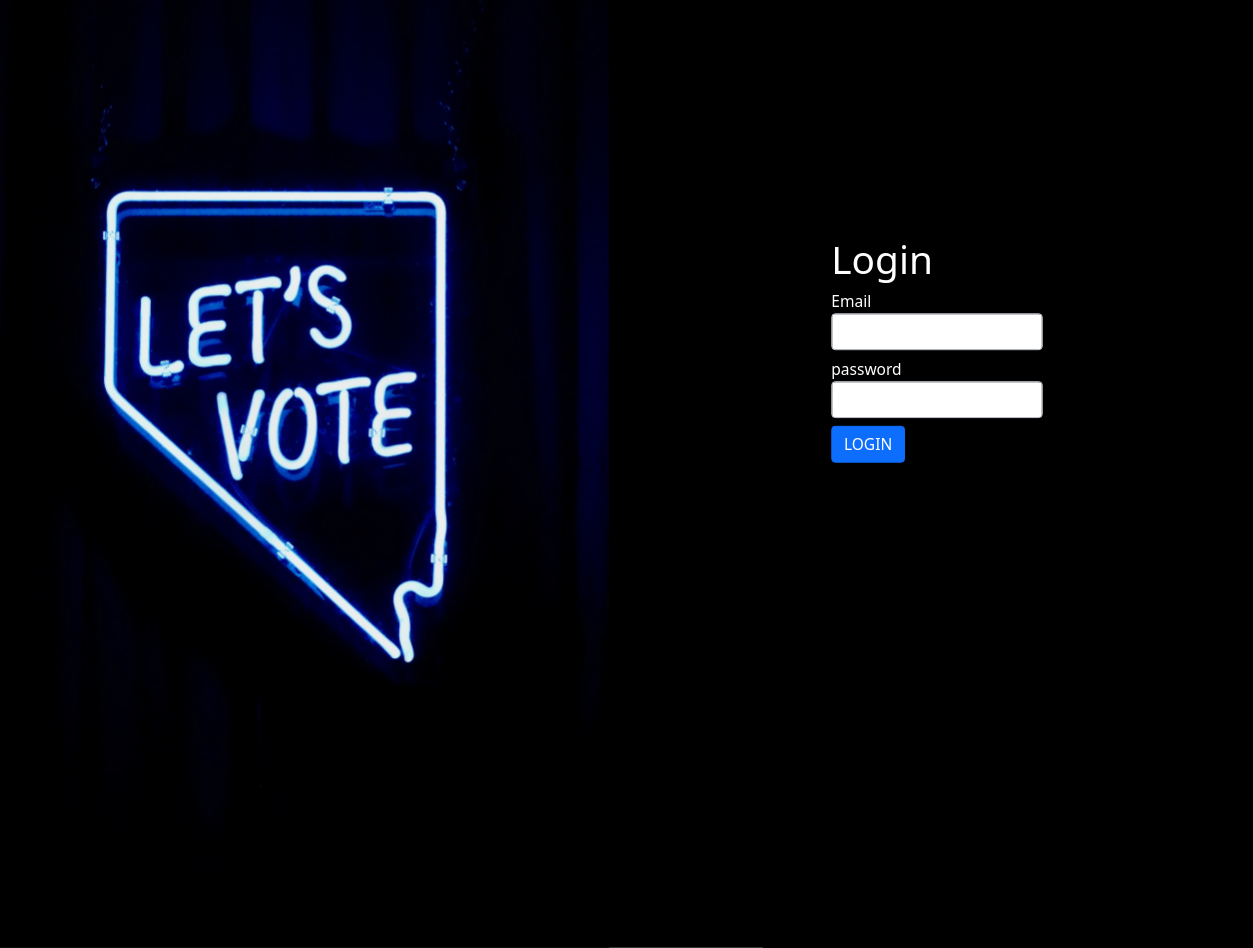
Repository: DavidManiIbrahim/Voting-app
Page: Login.html
These files come from the project's save history. The page is drawn as it stood at one moment and after the next save; the edit follows.
The browser window is 1280 px wide. The page is 1292 px wide, so the pictures cover 1292 px, including what lies to the right of the window. The pictures show the whole page, at 97% of full size.

Above is the page before, as saved 2025-01-18 07:08:14.

### Login.html
<!DOCTYPE html>
<html lang="en">
<head>
    <meta charset="UTF-8">
    <meta name="viewport" content="width=device-width, initial-scale=1.0">
    <title>Login Page</title>
    <link rel="stylesheet" href="./bootstrap.css">
</head>
<body>

<style>
    form{
        position: relative;
        top: 20%;
    }
    .hero{
        background: #000;
    }
</style>

<div class="row hero">
    <div class="col-md  container-fluid">
        <img src="./unsplash_LA1VawaCjjI.svg" alt="login image" class=" img-fluid" width="100%">
    </div>
    <div class="col-md text-white align-items-center">
        <form action="" class="w-50 p-5 m-auto ">
            <h1>Login</h1>
            <label for="email" class="form-label">Email  <br>
                <input class="form-control" type="text">
            </label> <br>
            <label class="form-label"" for="password">password  <br>
                <input class="form-control" type="password" class="form-text">
            </label> <br>
            <span></span>
            <button class="btn btn-primary">LOGIN</button>
        </form>
    </div>
</div>








<script src="./bootstrap.min.js"></script>
</body>
</html>

Loaded but not shown: bootstrap.css (library); bootstrap.min.js (library)

After the next save:
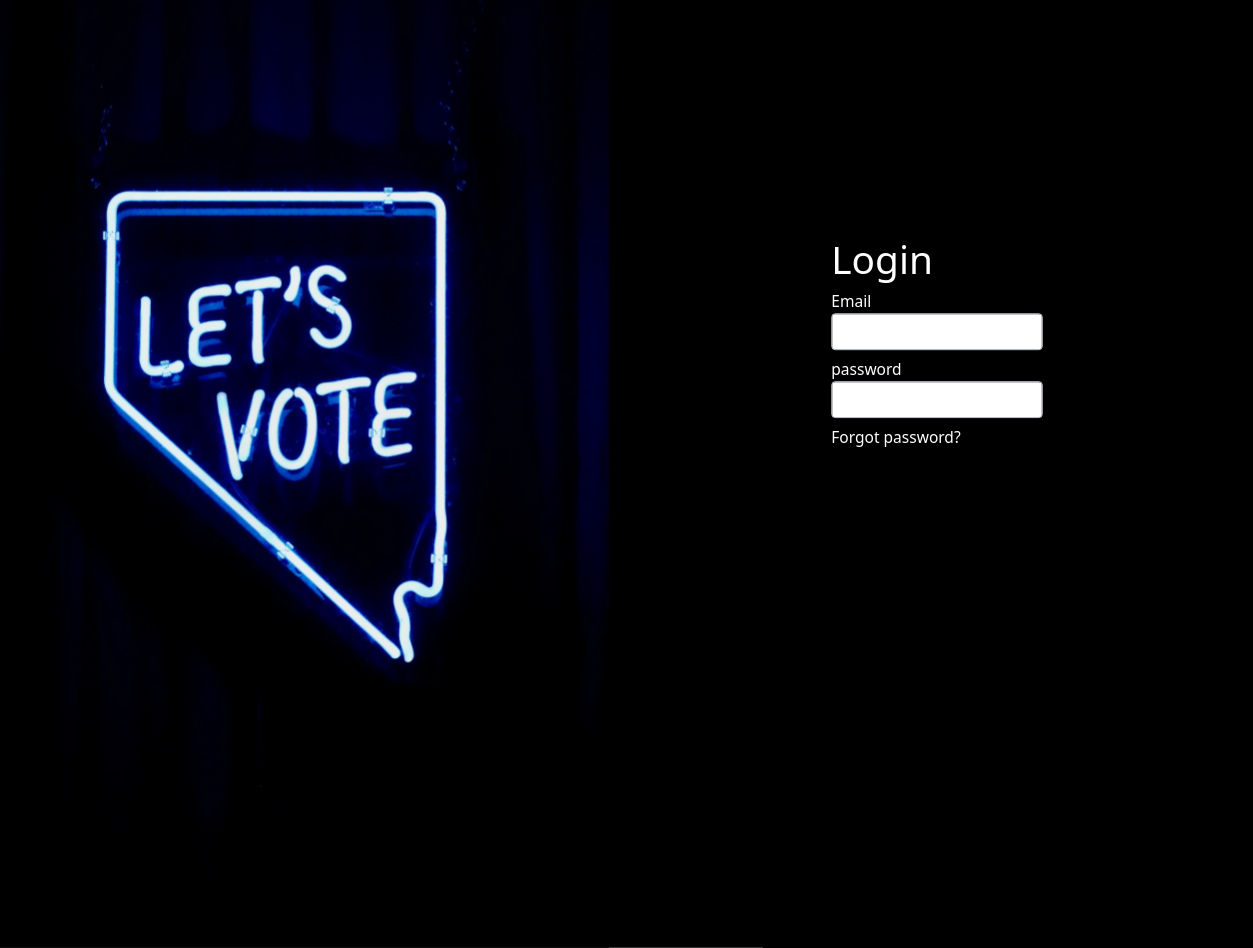
Saved 8 s later.
--- a/Login.html
+++ b/Login.html
@@ -31,13 +31,7 @@
             <label class="form-label"" for="password">password  <br>
                 <input class="form-control" type="password" class="form-text">
             </label> <br>
-            <span></span>
-            <button class="btn btn-primary">LOGIN</button>
-        </form>
-    </div>
-</div>
-
-
+            <span>Forgot password?
 
 
 

After the save that followed:
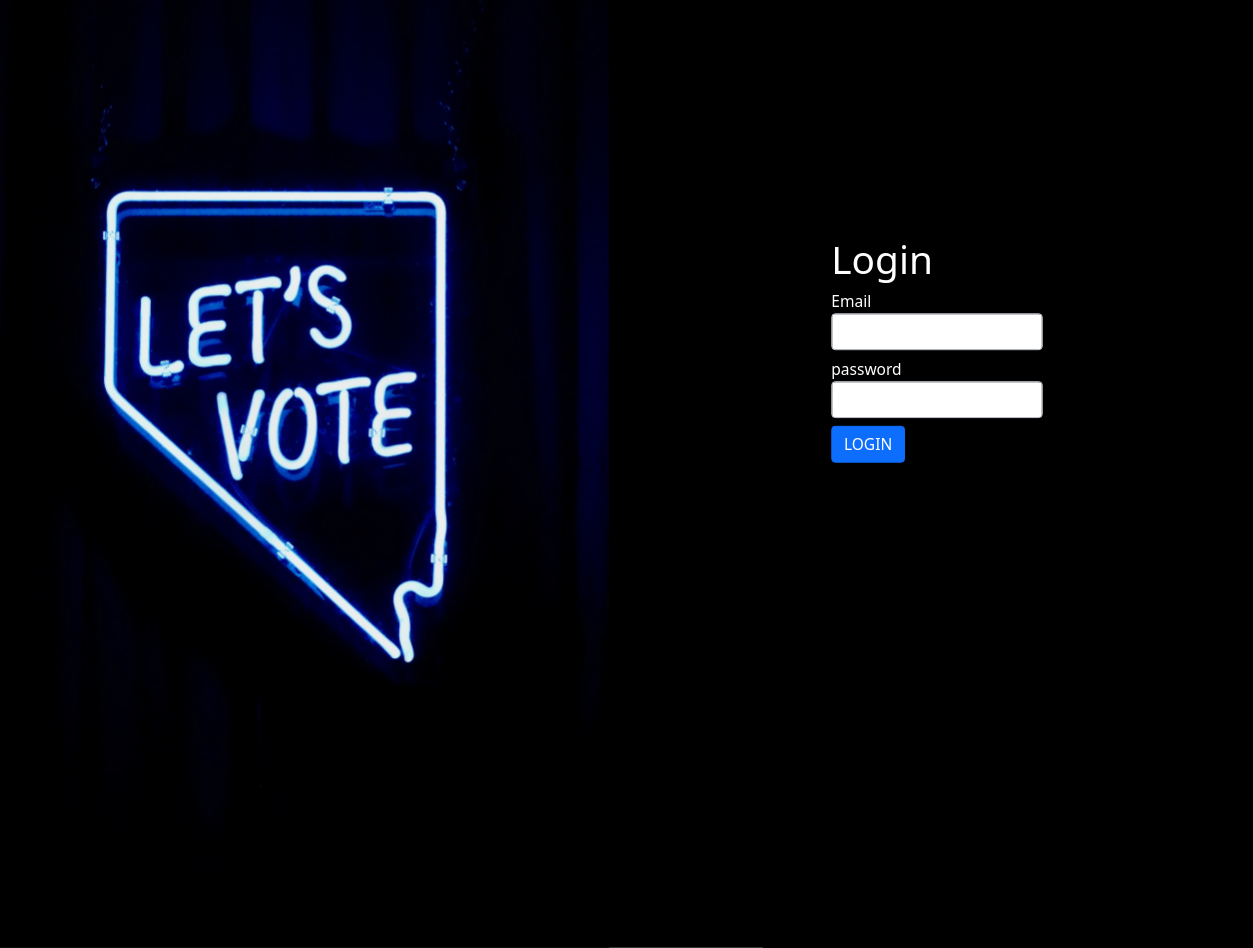
Saved 13 s later.
--- a/Login.html
+++ b/Login.html
@@ -31,7 +31,13 @@
             <label class="form-label"" for="password">password  <br>
                 <input class="form-control" type="password" class="form-text">
             </label> <br>
-            <span>Forgot password?
+            <span></span>
+            <button class="btn btn-primary">LOGIN</button>
+        </form>
+    </div>
+</div>
+
+
 
 
 
